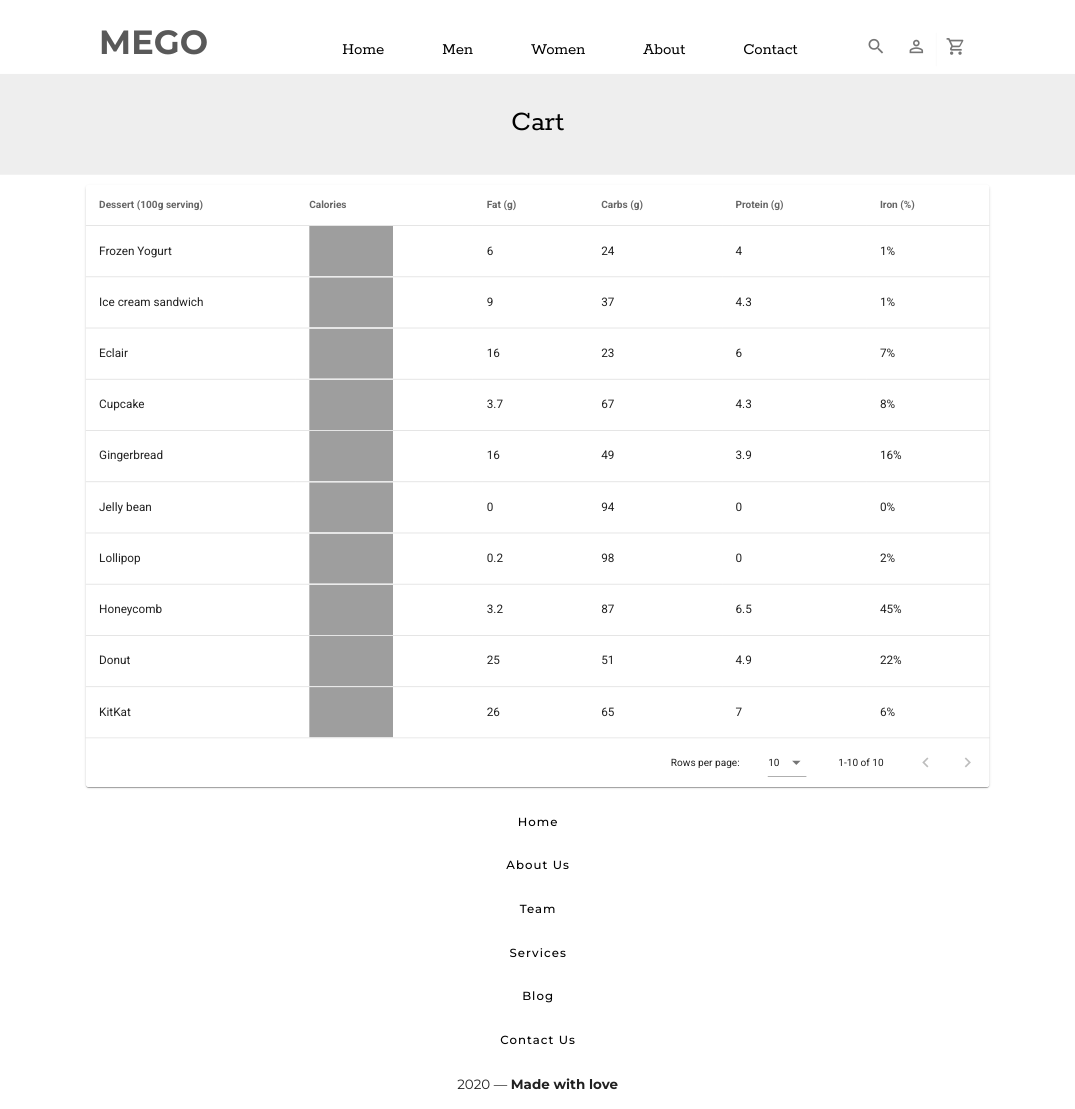
Repository: nguyenphuong152/shoesstore
Page: /cart (app in frontend/)
These files come from the project's save history. The page is drawn as it stood at one moment and after the next save; the edit follows.
The browser window is 1280 px wide. The pictures show the whole page, at 84% of full size.
Pictures or frames that could not be fetched are drawn as grey boxes. The project was rebuilt for these pictures with package versions that can differ from the ones it lists, and the page was loaded fresh each time. Also part of the build but not shown: frontend/vue.config.js, frontend/src/components/Customer/Collection.vue, frontend/src/components/Customer/Banner.vue, frontend/src/components/Customer/BestSeller.vue, frontend/src/components/Customer/Partner.vue, frontend/src/views/Customer/Home.vue, frontend/src/components/Customer/ProductCategory.vue, frontend/src/components/Customer/ProductView.vue and 10 more. Imported but missing from the stored project, and not drawn on this page: frontend/src/views/Admin/Category.vue, frontend/src/views/Admin/ManageProduct.vue, frontend/src/views/Admin/ManageUser.vue, frontend/src/views/Admin/OrderList.vue.

Above is the page before, as saved 2020-11-28 08:52:09.

### frontend/public/index.html
<!DOCTYPE html>
<html lang="en">
  <head>
    <meta charset="utf-8">
    <head>
      <title>MEGO</title>
    </head>
    <meta http-equiv="X-UA-Compatible" content="IE=edge">
    <meta name="viewport" content="width=device-width,initial-scale=1.0">
    <link rel="icon" href="<%= BASE_URL %>favicon.ico">
    <title><%= htmlWebpackPlugin.options.title %></title>
    <link href="https://fonts.googleapis.com/css?family=Montserrat:300,400,500,600,700" rel="stylesheet">
    <link href="https://fonts.googleapis.com/css?family=Rokkitt:100,300,400,700" rel="stylesheet">
    <link rel="stylesheet" href="https://fonts.googleapis.com/css?family=Roboto:100,300,400,500,700,900">
    <link rel="stylesheet" href="https://cdn.jsdelivr.net/npm/@mdi/font@latest/css/materialdesignicons.min.css">
  </head>
  <body>
    <noscript>
      <strong>We're sorry but <%= htmlWebpackPlugin.options.title %> doesn't work properly without JavaScript enabled. Please enable it to continue.</strong>
    </noscript>
    <div id="app"></div>
    <!-- built files will be auto injected -->
  </body>
</html>

### frontend/src/main.js
import Vue from 'vue'
import App from './App.vue'
import vuetify from './plugins/vuetify';
import router from './router'
import '../sass/style.scss'
import 'bootstrap/dist/css/bootstrap.css'
import 'bootstrap-vue/dist/bootstrap-vue.css'
import { BootstrapVue, IconsPlugin } from 'bootstrap-vue'

Vue.use(BootstrapVue)
// Optionally install the BootstrapVue icon components plugin
Vue.use(IconsPlugin)
Vue.config.productionTip = false

new Vue({
  vuetify,
  router,
  render: h => h(App)
}).$mount('#app')

### frontend/src/App.vue
<template>
  <v-app app>
    <v-container v-if="!['Admin', 'Banner', 'Category','Product','ManageUser','OrderList','Dashboard'].includes($route.name)">
      <Toolbar />
    </v-container>
    <v-main>
      <router-view></router-view>
    </v-main>
      <Footer v-if="!['Admin', 'Banner', 'Category','Product','ManageUser','OrderList','Dashboard'].includes($route.name)"/>
  </v-app>

</template>

<script>

import Footer from "./components/Customer/Footer";
import Toolbar from "./components/Customer/Toolbar";

export default {
  name: "App",

  components: {
    Toolbar,
    Footer
  },

  data: () => ({
    //
  }),
};
</script>

### frontend/src/plugins/vuetify.js
import Vue from 'vue';
import Vuetify from 'vuetify/lib';


Vue.use(Vuetify);

const vuetify = new Vuetify({
    theme: {
      themes: {
        light: {
          primary: '#000',
          secondary: '#b0bec5',
          accent: '#8c9eff',
          error: '#b71c1c',
        },
      },
    },
  })

export default new Vuetify({
    vuetify,
});

### frontend/src/router/index.js
import Vue from "vue";
import VueRouter from "vue-router";
import Home from "../views/Customer/Home.vue";
import Men from "../views/Customer/Men.vue";
import Women from "../views/Customer/Women.vue";
import Admin from "../views/Admin/Admin.vue";
import Product from "../views/Admin/ManageProduct.vue";
import Banner from "../views/Admin/Banner.vue";
import Category from "../views/Admin/Category.vue";
import ManageUser from "../views/Admin/ManageUser.vue";
import OrderList from "../views/Admin/OrderList.vue";
import Dashboard from "../views/Admin/Dashboard.vue"
//import ProductDetail from "../views/ProductDetail.vue"

Vue.use(VueRouter);

const routes = [
  {
    path: "/",
    name: "Home",
    component: Home,
  },
  {
    path: "/men",
    name: "Men",
    component: Men,
  },
  {
    path: "/women",
    name: "Women",
    component: Women,
  },
  {
    path: "/about",
    name: "About",
    // route level code-splitting
    // this generates a separate chunk (about.[hash].js) for this route
    // which is lazy-loaded when the route is visited.
    component: () =>
      import(/* webpackChunkName: "about" */ "../views/Customer/About.vue"),
  },
  {
    path: "/contact",
    name: "Contact",
    component: () =>
      import(/* webpackChunkName: "about" */ "../views/Customer/Contact.vue"),
  },
  {
    path: "/cart",
    name: "Cart",
    component: () =>
      import(/* webpackChunkName: "about" */ "../views/Customer/Cart.vue"),
  },
  {
    path: "/account",
    name: "Account",
    component: () =>
      import(/* webpackChunkName: "about" */ "../views/Customer/Account.vue"),
  },
  {
    path: "/userlogin",
    name: "UserLogin",
    component: () =>
      import(/* webpackChunkName: "about" */ "../views/Customer/UserLogin.vue"),
  },
  {
    path: "/checkout",
    name: "Checkout",
    component: () =>
      import(/* webpackChunkName: "about" */ "../views/Customer/Checkout.vue"),
  },
  {
    path: "/product/:id",
    name: "ProductDetail",
    component: () =>
      import(/* webpackChunkName: "about" */ "../views/Customer/ProductDetail.vue"),
  },
  {
    path: "/admin",
    name: "Admin",
    component: Admin,
    children: [
      {
        path: "/banner",
        name: "Banner",
        component: Banner,
      },
      {
        path: "/category",
        name: "Category",
        component: Category,
      },
      {
        path: "/product",
        name: "Product",
        component: Product,
      },
      {
        path: "/manageuser",
        name: "ManageUser",
        component: ManageUser,
      },
      {
        path: "/orderlist",
        name: "OrderList",
        component: OrderList,
      },
      {
        path: "/dashboard",
        name: "Dashboard",
        component: Dashboard,
      },
    ],
  },
];

const router = new VueRouter({
  mode: "history",
  base: process.env.BASE_URL,
  routes,
});

export default router;

### frontend/sass/style.scss

$font-primary: 'Montserrat',
Arial,
sans-serif;
$font-secondary: 'Rokkitt',
Georgia,
serif;


@import '~vuetify/src/styles/styles.sass';

// Overrides
$grid-gutter-width: 20px !default;
$border-radius-base: 4px !default;
$padding-base-vertical: 14px !default;

$brand-primary: #616161 !default;
$brand-secondary: #88c8bc !default;
$brand-yellow: #FFDD00 !default;
$brand-footer-color: #2C2E3E;

$brand-white: #fff;
$brand-black: #000;
$brand-darker: #444;
$brand-gray: #ccc;
$brand-lighter: #e9e9e9;
$brand-body-color: #e8e8e8;
$brand-selection-color: #f9f6f0;
$brand-overlay-color: #4c4a8a;
$brand-bg-color: $brand-white;

.v-btn {
  text-transform:none !important;
}
// .v-text-field{
//   width: 50px;
//   height: 10px;
// }

#app {
  -webkit-font-smoothing: antialiased;
  -moz-osx-font-smoothing: grayscale;

  text-align: center;
  .container {
    max-width: 1100px;
  }
  font: 300
}

.nav {
  padding-left: 0px;
  a {
    font-size: 20px;
    color: lighten($brand-black,35%);
    font-family: $font-secondary;
    text-decoration: none;
    font-weight: 500;
    &.router-link-exact-active {
      color: #42b983;
    }

  }
}

#logo {
  font-size: 40px;
  font-weight: 700;
  font-family: $font-primary;
  color: lighten($brand-black, 35%);
}


.slogan {
  font-size: 50px;
  color: #2c3e50;
  font-family: $font-secondary;
  text-decoration: none;
}

.title-collection{
  @extend .slogan;
  font-size: 25px;
}


.slogan-3 {
  @extend .slogan;
  font-size: 35px;
}

.title-shoes {
  @extend .slogan;
  font-size: 20px;
}


.footer-text {
  font-family:$font-primary;
  font-size: 16px;
}

.admin {
  font-family: $font-primary;
  font-size:16px;
}

.admin-nav {
  font-family: $font-primary !important;
  font-size: 20px !important;
  color: white !important;
}

### frontend/src/components/Customer/Footer.vue
<template>
  <v-footer class="white" padless>
    <v-row justify="center" no-gutters>
      <v-btn
        v-for="link in links"
        :key="link"
        color="black"
        text
        rounded
        class="my-2 footer-text"
      >
        {{ link }}
      </v-btn>
      <v-col class="white py-4 text-center fluid footer-text" cols="12">
        {{ new Date().getFullYear() }} — <strong>Made with love</strong>
      </v-col>
    </v-row>
  </v-footer>
</template>

<script>
export default {
  data: () => ({
    links: ["Home", "About Us", "Team", "Services", "Blog", "Contact Us"],
  }),
};
</script>

<style></style>

### frontend/src/components/Customer/Toolbar.vue
<template>
  <v-toolbar flat>
    <v-row class="d-flex align-baseline">
      <v-col cols="3" class="d-flex justify-lg-start">
        <v-toolbar-title id="logo">MEGO</v-toolbar-title>
      </v-col>
      <v-col class="d-flex justify-space-around text-start nav">
        <router-link to="/">Home</router-link>
        <router-link to="/men">Men</router-link>
        <router-link to="/women">Women</router-link>
        <router-link to="/about">About</router-link>
        <router-link to="/contact">Contact</router-link>
      </v-col>
      <v-col cols="2" class="d-flex justify-end">
        <v-btn icon>
          <v-icon>mdi-magnify</v-icon>
        </v-btn>
        <v-menu
          open-on-hover
          top
          offset-y
          :position-x="960"
          :position-y="230"
          absolute
        >
          <template v-slot:activator="{ on, attrs }">
            <v-btn icon v-bind="attrs" v-on="on">
              <v-icon>mdi-account-outline</v-icon>
            </v-btn>
          </template>

          <v-list class="text-start nav">
            <v-list-item v-for="(item, index) in routes" :key="index" :to="item.path">
              <v-list-item-title>{{ item.name }}</v-list-item-title>
            </v-list-item>
          </v-list>
        </v-menu>
        <v-divider vertical inset></v-divider>
        <v-btn icon @click="goToCart">
          <v-icon>mdi-cart-outline</v-icon>
        </v-btn>
      </v-col>
    </v-row>
  </v-toolbar>
</template>

<script>
export default {
  data: () => ({
    routes: [
      {
        path:"/checkout",
        name:"Check Out"
       },
       {
        path:"/account",
        name:"My Account"
       },
       {
        path:"/userlogin",
        name:"User Login"
       },

    ],
  }),
  methods: {
     goToCart: function() {
     this.$router.push({name: 'Cart'})
     }
  }
};
</script>

<style></style>

### frontend/src/views/Customer/Cart.vue
<template>
  <div class="cart app">
    <v-sheet color="grey lighten-3" height="120">
      <v-container py-8>
        <a class="slogan-3">Cart</a>
      </v-container>
    </v-sheet>
    <div>
      <v-container>
        <totalProducts />
      </v-container>
    </div>
  </div>
</template>

<script>
import totalProducts from "../../components/Customer/TotalProducts";

export default {
  components: { totalProducts },
  data() {},
};
</script>

### frontend/src/components/Customer/TotalProducts.vue
<template>
  <div id="app">
    <v-app id="inspire">
      <v-data-table :headers="headers" :items="desserts" class="elevation-1">
        <template v-slot:item.calories>
          <v-img
            lazy-src="https://picsum.photos/id/11/10/6"
            max-height="100"
            max-width="100"
            src="https://picsum.photos/id/11/500/300"
          ></v-img>
        </template>
      </v-data-table>
    </v-app>
  </div>
</template>

<script>
export default {
  data() {
    return {
      headers: [
        {
          text: "Dessert (100g serving)",
          align: "start",
          sortable: false,
          value: "name",
        },
        { text: "Calories", value: "calories" },
        { text: "Fat (g)", value: "fat" },
        { text: "Carbs (g)", value: "carbs" },
        { text: "Protein (g)", value: "protein" },
        { text: "Iron (%)", value: "iron" },
      ],
      desserts: [
        {
          name: "Frozen Yogurt",
        //   calories: 159,
          fat: 6.0,
          carbs: 24,
          protein: 4.0,
          iron: "1%",
        },
        {
          name: "Ice cream sandwich",
          calories: 237,
          fat: 9.0,
          carbs: 37,
          protein: 4.3,
          iron: "1%",
        },
        {
          name: "Eclair",
          calories: 262,
          fat: 16.0,
          carbs: 23,
          protein: 6.0,
          iron: "7%",
        },
        {
          name: "Cupcake",
          calories: 305,
          fat: 3.7,
          carbs: 67,
          protein: 4.3,
          iron: "8%",
        },
        {
          name: "Gingerbread",
          calories: 356,
          fat: 16.0,
          carbs: 49,
          protein: 3.9,
          iron: "16%",
        },
        {
          name: "Jelly bean",
          calories: 375,
          fat: 0.0,
          carbs: 94,
          protein: 0.0,
          iron: "0%",
        },
        {
          name: "Lollipop",
          calories: 392,
          fat: 0.2,
          carbs: 98,
          protein: 0,
          iron: "2%",
        },
        {
          name: "Honeycomb",
          calories: 408,
          fat: 3.2,
          carbs: 87,
          protein: 6.5,
          iron: "45%",
        },
        {
          name: "Donut",
          calories: 452,
          fat: 25.0,
          carbs: 51,
          protein: 4.9,
          iron: "22%",
        },
        {
          name: "KitKat",
          calories: 518,
          fat: 26.0,
          carbs: 65,
          protein: 7,
          iron: "6%",
        },
      ],
    };
  },
};
</script>

<style></style>

After the next save:
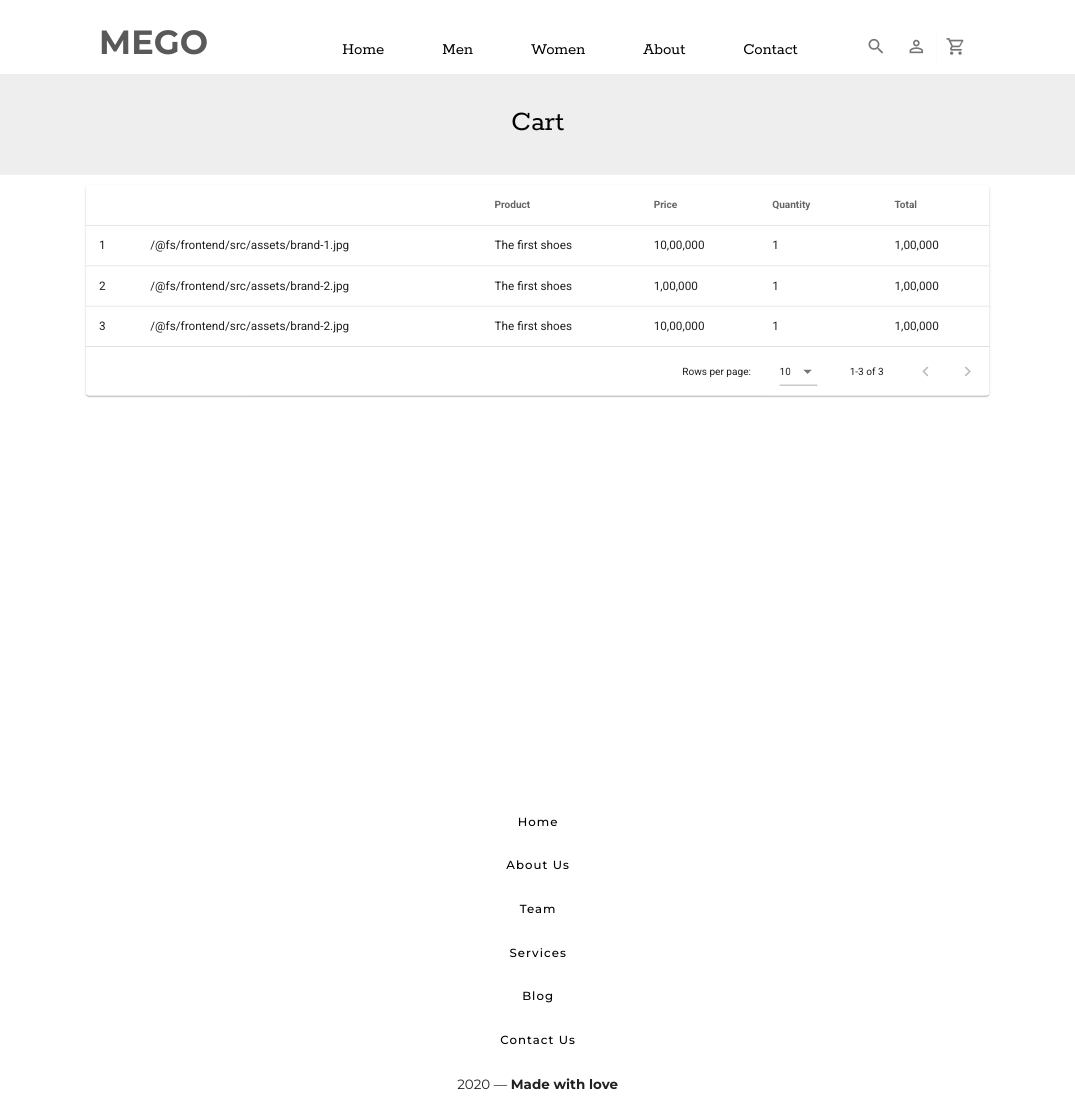
Saved 16 min 52 s later.
--- a/frontend/src/components/Customer/TotalProducts.vue
+++ b/frontend/src/components/Customer/TotalProducts.vue
@@ -21,97 +21,41 @@
     return {
       headers: [
         {
-          text: "Dessert (100g serving)",
+          text: "",
           align: "start",
           sortable: false,
-          value: "name",
+          value: "id",
         },
-        { text: "Calories", value: "calories" },
-        { text: "Fat (g)", value: "fat" },
-        { text: "Carbs (g)", value: "carbs" },
-        { text: "Protein (g)", value: "protein" },
-        { text: "Iron (%)", value: "iron" },
+        { text: "", value: "path" },
+        { text: "Product", value: "name" },
+        { text: "Price", value: "price" },
+        { text: "Quantity", value: "quantity" },
+        { text: "Total", value: "total" },
       ],
       desserts: [
         {
-          name: "Frozen Yogurt",
-        //   calories: 159,
-          fat: 6.0,
-          carbs: 24,
-          protein: 4.0,
-          iron: "1%",
+          id: 1,
+          path: require('../../assets/brand-1.jpg'),
+          name: "The first shoes",
+          price: Intl.NumberFormat('en-IN', { maximumSignificantDigits: 3 }).format(1000000),
+          quantity: 1,
+          total: Intl.NumberFormat('en-IN', { maximumSignificantDigits: 3 }).format(100000),
         },
         {
-          name: "Ice cream sandwich",
-          calories: 237,
-          fat: 9.0,
-          carbs: 37,
-          protein: 4.3,
-          iron: "1%",
+          id: 2,
+          path: require('../../assets/brand-2.jpg'),
+          name: "The first shoes",
+          price:Intl.NumberFormat('en-IN', { maximumSignificantDigits: 3 }).format(100000),
+          quantity: 1,
+          total: Intl.NumberFormat('en-IN', { maximumSignificantDigits: 3 }).format(100000)
         },
         {
-          name: "Eclair",
-          calories: 262,
-          fat: 16.0,
-          carbs: 23,
-          protein: 6.0,
-          iron: "7%",
-        },
-        {
-          name: "Cupcake",
-          calories: 305,
-          fat: 3.7,
-          carbs: 67,
-          protein: 4.3,
-          iron: "8%",
-        },
-        {
-          name: "Gingerbread",
-          calories: 356,
-          fat: 16.0,
-          carbs: 49,
-          protein: 3.9,
-          iron: "16%",
-        },
-        {
-          name: "Jelly bean",
-          calories: 375,
-          fat: 0.0,
-          carbs: 94,
-          protein: 0.0,
-          iron: "0%",
-        },
-        {
-          name: "Lollipop",
-          calories: 392,
-          fat: 0.2,
-          carbs: 98,
-          protein: 0,
-          iron: "2%",
-        },
-        {
-          name: "Honeycomb",
-          calories: 408,
-          fat: 3.2,
-          carbs: 87,
-          protein: 6.5,
-          iron: "45%",
-        },
-        {
-          name: "Donut",
-          calories: 452,
-          fat: 25.0,
-          carbs: 51,
-          protein: 4.9,
-          iron: "22%",
-        },
-        {
-          name: "KitKat",
-          calories: 518,
-          fat: 26.0,
-          carbs: 65,
-          protein: 7,
-          iron: "6%",
+         id: 3,
+          path: require('../../assets/brand-2.jpg'),
+          name: "The first shoes",
+          price: Intl.NumberFormat('en-IN', { maximumSignificantDigits: 3 }).format(1000000),
+          quantity: 1,
+          total:Intl.NumberFormat('en-IN', { maximumSignificantDigits: 3 }).format(100000),
         },
       ],
     };
